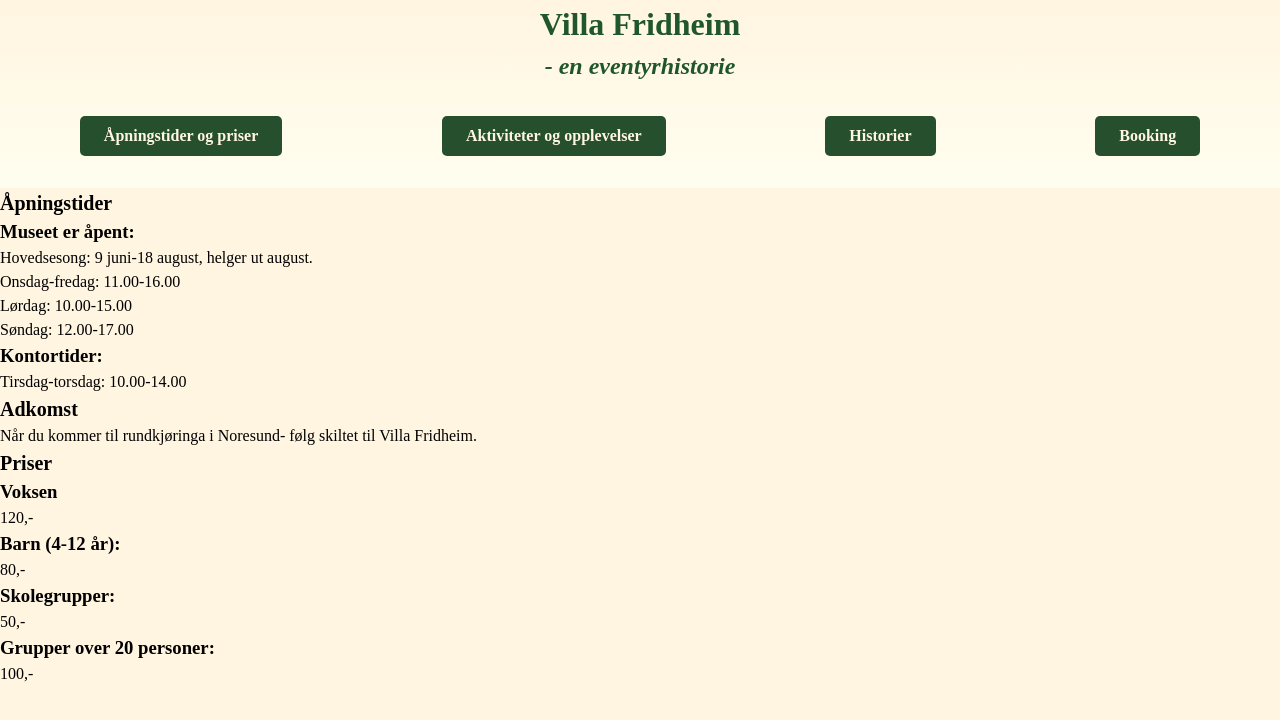
Repository: IdaHolmen/villa-fridheim
Page: src/info.html
An editor plug-in stored every save of this project. The page is shown before and after the next save, followed by the edit.
The browser window is 1280 px wide. The pictures show the whole page.
Some web fonts or font styles are not loaded; a fallback is used.

Above is the page before, as saved 2024-10-07 09:39:51.

After the next save:
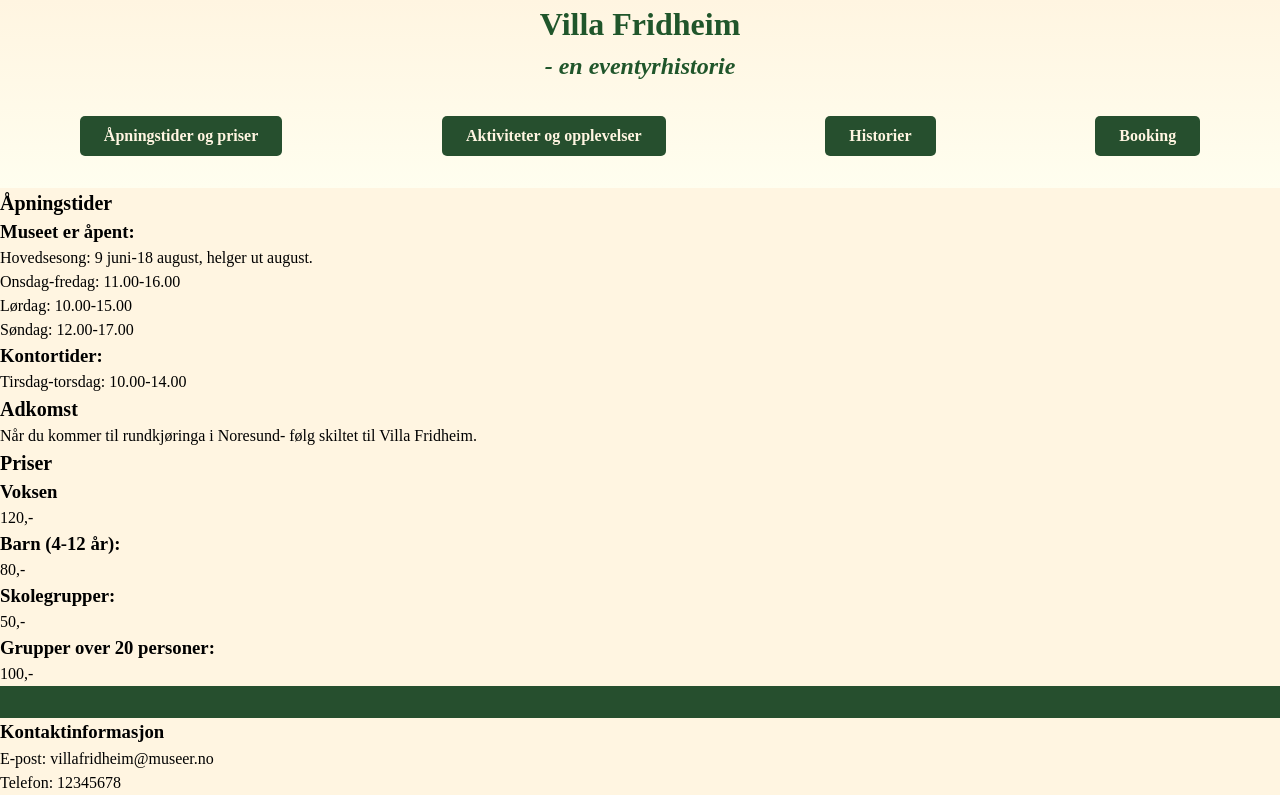
Saved 71 s later.
--- a/src/info.html
+++ b/src/info.html
@@ -65,5 +65,11 @@
                 </div>
             </section>
         </main>
+
+        <footer class="footer"></footer>
+            <h3>Kontaktinformasjon</h3>
+            <p>E-post: villafridheim@museer.no</p>
+            <p>Telefon: 12345678</p>
+        </footer>
     </body>
 </html>
